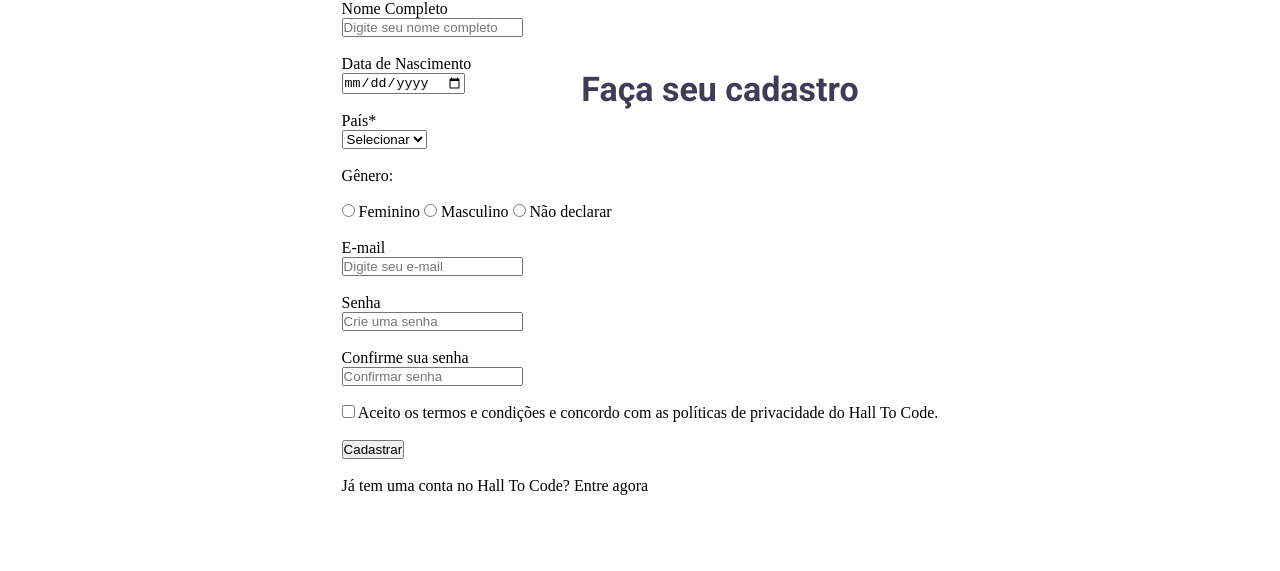
Repository: RenatoCCS/formularios
Page: cadastro.html
These files come from the project's save history. The page is drawn as it stood at one moment and after the next save; the edit follows.
The browser window is 1280 px wide. The pictures show the whole page.

Above is the page before, as saved 2023-03-21 15:10:44.

After the next save:
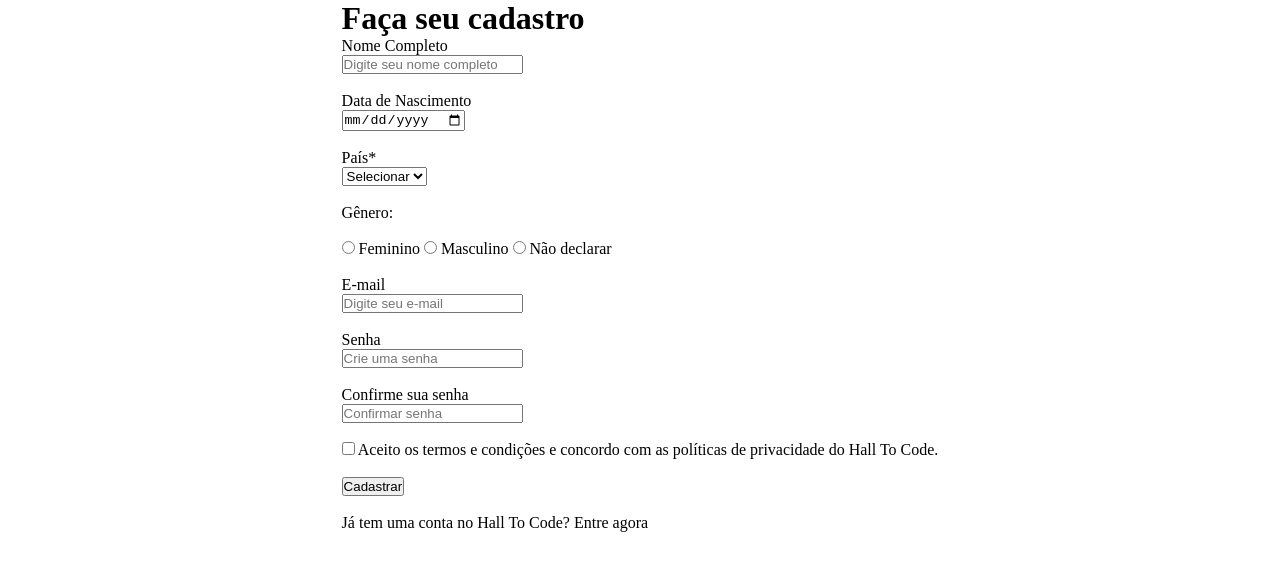
Saved 2 min 4 s later.
--- a/cadastro.html
+++ b/cadastro.html
@@ -10,12 +10,12 @@
 
   <body class="container">
     <form action="" class="form__Cadastro">
-      <h1 class="form__Cadastro__titulo">Faça seu cadastro</h1>
+      <h1 class="form__Cadastro__Titulo">Faça seu cadastro</h1>
 
-      <label class="form__Cadastro__" for="name">Nome Completo</label>
+      <label class="cadastro__Titulo__Nome" for="name">Nome Completo</label>
       <br />
       <input
-        class="form__Cadastro__Nome"
+        class="cadastro__Nome"
         id="name"
         type="text"
         name="name"

After the save that followed:
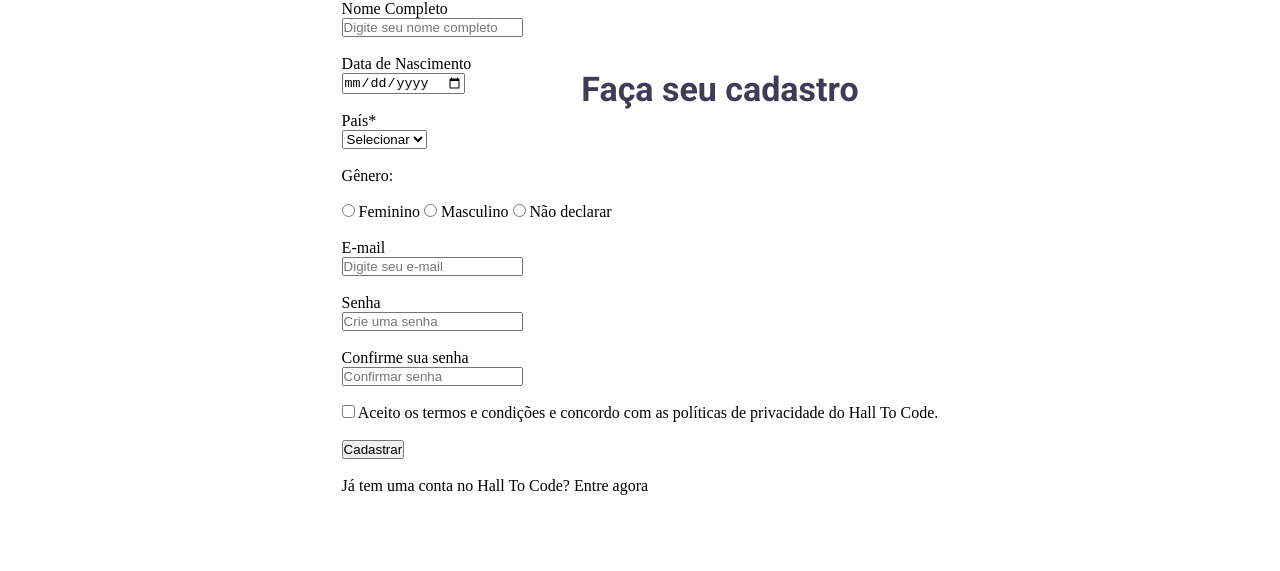
Saved 3 min 22 s later.
--- a/style.css
+++ b/style.css
@@ -17,7 +17,7 @@
   justify-content: center;
 }
 
-.form__Cadastro__titulo {
+.form__Cadastro__Titulo {
   position: absolute;
   width: 302px;
   height: 43px;
